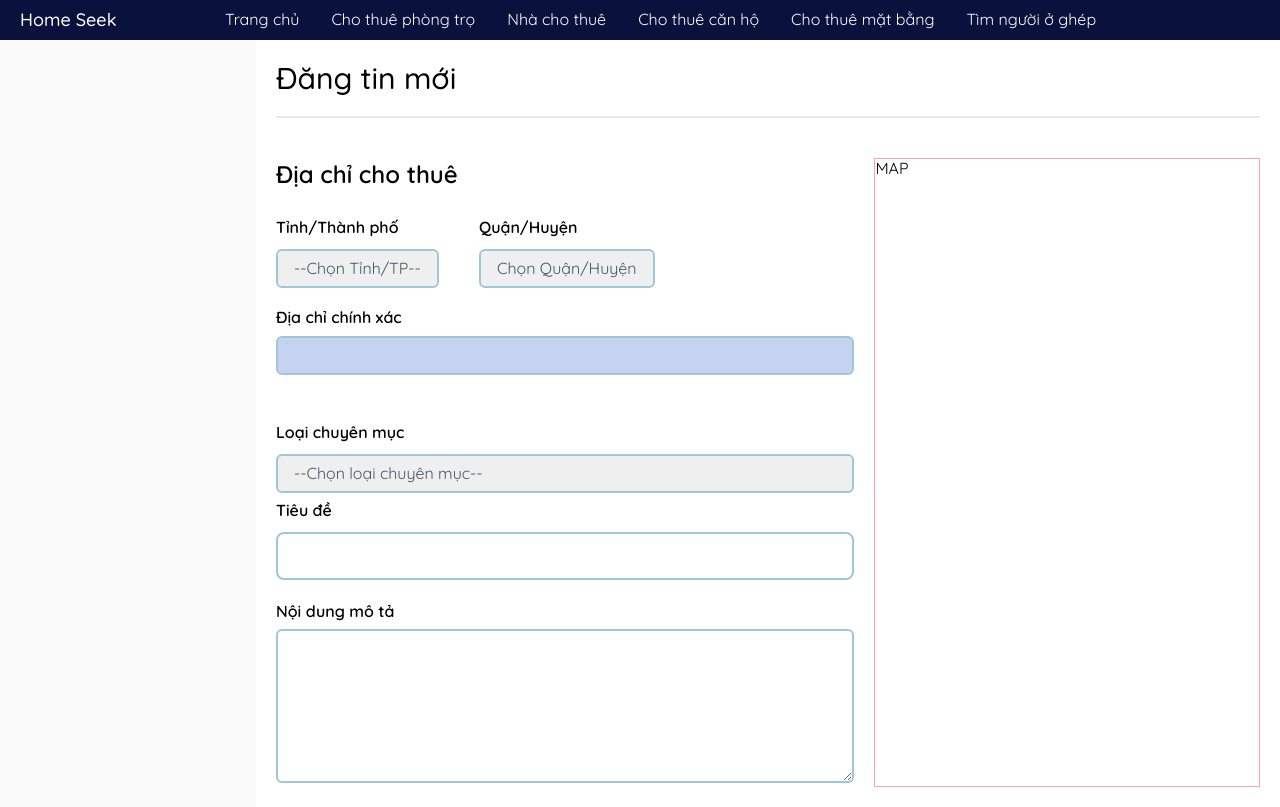
Repository: ajincome26/homeseek
Page: /create (app in client/)
These files come from the project's save history. The page is drawn as it stood at one moment and after the next save; the edit follows.
The browser window is 1280 px wide. The pictures show the whole page.
The page's requests for data from a server got no answer. The project was rebuilt for these pictures with package versions that can differ from the ones it lists, and the page was loaded fresh each time. Some packages were replaced by stand-ins written for this rebuild. No one was signed in, and anything a server would have sent is missing. Also part of the build but not shown: client/vite.config.ts, client/src/components/Footer/Footer.tsx, client/src/components/Button/Button.tsx, client/src/components/Button/index.ts, client/src/utils/utils.tsx, client/src/components/MainHeader/components/User.tsx, client/src/components/Popover/Popover.tsx, client/src/components/Popover/index.ts and 16 more.

Above is the page before, as saved 2024-01-10 05:10:00.

### client/index.html
<!doctype html>
<html lang="en">
  <head>
    <meta charset="UTF-8" />
    <link rel="icon" type="image/svg+xml" href="/vite.svg" />
    <meta name="viewport" content="width=device-width, initial-scale=1.0" />
    <title>Home Seek</title>
    <link rel="preconnect" href="https://fonts.googleapis.com" />
    <link rel="preconnect" href="https://fonts.gstatic.com" crossorigin />
    <link
      href="https://fonts.googleapis.com/css2?family=Quicksand:wght@300;400;500;600;700&display=swap"
      rel="stylesheet"
    />
  </head>
  <body>
    <div id="root"></div>
    <script type="module" src="/src/main.tsx"></script>
  </body>
</html>

### client/src/main.tsx
import ReactDOM from 'react-dom/client'
import App from './App'
import './styles/index.scss'
import { BrowserRouter } from 'react-router-dom'
import { QueryClient, QueryClientProvider } from '@tanstack/react-query'
import { ReactQueryDevtools } from '@tanstack/react-query-devtools'
import { AuthProvider } from './contexts/auth.context'
import { ErrorBoundary } from './components/ErrorBoundary'

// Create a client
const queryClient = new QueryClient({
  defaultOptions: {
    queries: {
      refetchOnWindowFocus: false // disable việc fetch lại api khi focus tab window
    }
  }
})

ReactDOM.createRoot(document.getElementById('root')!).render(
  <BrowserRouter>
    <QueryClientProvider client={queryClient}>
      <AuthProvider>
        <ErrorBoundary>
          <App />
        </ErrorBoundary>
      </AuthProvider>
      <ReactQueryDevtools initialIsOpen={false} />
    </QueryClientProvider>
  </BrowserRouter>
)

### client/src/App.tsx
import { useEffect } from 'react'
import { useAuth } from './contexts/auth.context'
import useRoute from './useRoute'
import { LocalStorageEventTarget } from './utils/auth'
import { ToastContainer } from 'react-toastify'
import 'react-toastify/dist/ReactToastify.css'

function App() {
  const routeElements = useRoute()
  const { resetAuth } = useAuth()
  useEffect(() => {
    LocalStorageEventTarget.addEventListener('clearLS', () => {
      resetAuth()
    })
    return () => {
      LocalStorageEventTarget.removeEventListener('clearLS', () => {
        resetAuth()
      })
    }
  }, [resetAuth])
  return (
    <div className='bg-third'>
      <ToastContainer />
      <div>{routeElements}</div>
    </div>
  )
}

export default App

### client/src/styles/index.scss
@tailwind base;
@tailwind components;
@tailwind utilities;

@import 'reset';

body {
  font-family: 'Quicksand', sans-serif;
  font-size: 16px;
  line-height: 1.2;
}

select {
  -webkit-appearance: none;
  -moz-appearance: none;
  appearance: none;
}

::-webkit-scrollbar {
  width: 10px;
}
::-webkit-scrollbar-track {
  background-color: #fafafa;
}
::-webkit-scrollbar-thumb {
  background-color: #ccd0d7;
  border-radius: 50px;
}

/* Chrome, Safari, Edge, Opera */
input::-webkit-outer-spin-button,
input::-webkit-inner-spin-button {
  -webkit-appearance: none;
  margin: 0;
}
/* Firefox */
input[type='number'] {
  appearance: textfield;
}

.cr-truncate-1 {
  overflow: hidden;
  display: -webkit-box;
  -webkit-box-orient: vertical;
  -webkit-line-clamp: 1;
  text-overflow: ellipsis;
  word-break: break-word;
}

// class tailwind-sort
.cr-transition {
  @apply transition-all ease-linear duration-200;
}
.cr-hover-text {
  @apply hover:text-[#977616] transition-colors ease-linear duration-200 cursor-pointer;
}
.cr-input-text {
  @apply px-3 py-2 border-[2px] border-[#a0c7d6] outline-none rounded-md focus:border-[#4b5fc2] cr-transition box-border w-full;
}

### client/src/contexts/auth.context.tsx
import React, { createContext, useContext, useState } from 'react'
import { User } from '~/types/user.type'
import { getAccessToken, getUserInfoFromStorage } from '~/utils/auth'

interface AuthProviderType {
  isLoggedIn: boolean
  setIsLoggedIn: React.Dispatch<React.SetStateAction<boolean>>
  userInfo: User | null
  setUserInfo: React.Dispatch<React.SetStateAction<User | null>>
  resetAuth: () => void
}
const initialContext: AuthProviderType = {
  isLoggedIn: Boolean(getAccessToken()),
  setIsLoggedIn: () => null,
  userInfo: getUserInfoFromStorage(),
  setUserInfo: () => null,
  resetAuth: () => null
}

const AuthContext = createContext<AuthProviderType>(initialContext)
const useAuth = () => {
  const context = useContext(AuthContext)
  if (typeof context === 'undefined') throw new Error('useAuth must be used within a AuthContext')
  return context
}
const AuthProvider = ({ children }: { children: React.ReactNode }) => {
  const [isLoggedIn, setIsLoggedIn] = useState(initialContext.isLoggedIn)
  const [userInfo, setUserInfo] = useState(initialContext.userInfo)
  const resetAuth = () => {
    setIsLoggedIn(false)
    setUserInfo(null)
  }
  return (
    <AuthContext.Provider value={{ isLoggedIn, setIsLoggedIn, userInfo, setUserInfo, resetAuth }}>
      {children}
    </AuthContext.Provider>
  )
}

// eslint-disable-next-line react-refresh/only-export-components
export { useAuth, AuthProvider }

### client/src/components/ErrorBoundary/index.ts
export { default as ErrorBoundary } from './ErrorBoundary'

### client/src/useRoute.tsx
import { useRoutes } from 'react-router-dom'
import { path } from './constants/path'
import { MainLayout } from './layouts/MainLayout'
import ManageLayout from './layouts/ManageLayout/ManageLayout'
import { CreatePost } from './pages/CreatePostPage'
import { HomePage } from './pages/HomePage'
import { LoginPage } from './pages/LoginPage'
import { RegisterPage } from './pages/RegisterPage'

const { HOME, LOGIN, REGISTER, OAUTH, CREATE } = path

const useRoute = () => {
  return useRoutes([
    {
      path: LOGIN,
      element: <LoginPage />
    },
    {
      path: REGISTER,
      element: <RegisterPage />
    },
    {
      path: OAUTH,
      element: <LoginPage />
    },
    {
      path: OAUTH,
      element: <RegisterPage />
    },
    // Authen không ảnh hưởng
    {
      element: <ManageLayout />,
      children: [
        {
          index: true,
          path: CREATE,
          element: <CreatePost />
        }
      ]
    },
    {
      element: <MainLayout />,
      children: [
        {
          index: true,
          path: HOME,
          element: <HomePage />
        }
      ]
    }
  ])
}

export default useRoute

### client/src/utils/auth.ts
import { User } from '~/types/user.type'

export const LocalStorageEventTarget = new EventTarget()

export const getAccessToken = () => localStorage.getItem('accessToken') || ''
export const getRefreshToken = () => localStorage.getItem('refreshToken') || ''
export const setAccessToken = (accessToken: string) => localStorage.setItem('accessToken', accessToken)
export const setRefreshToken = (refreshToken: string) => localStorage.setItem('refreshToken', refreshToken)
export const getUserInfoFromStorage = () => {
  const info = localStorage.getItem('userInfo')
  return info ? JSON.parse(info) : null
}
export const setUserInfoToStorage = (userInfo: User) => localStorage.setItem('userInfo', JSON.stringify(userInfo))

export const clearLocalStorage = () => {
  localStorage.removeItem('accessToken')
  localStorage.removeItem('refreshToken')
  localStorage.removeItem('userInfo')
  const clearLSEvent = new Event('clearLS')
  LocalStorageEventTarget.dispatchEvent(clearLSEvent)
}

### client/src/styles/_reset.scss
*,
*::before,
*::after {
  box-sizing: border-box;
}
* {
  margin: 0;
  padding: 0;
}

html,
body {
  height: 100%;
}
body {
  line-height: 1.5;
  -webkit-font-smoothing: antialiased;
  -webkit-tap-highlight-color: rgba(0, 0, 0, 0);
}
a {
  text-decoration: none;
  color: inherit;
}
img,
picture,
video,
canvas,
svg {
  display: block;
  // max-width: 100%;
}
input,
button,
textarea,
select {
  font: inherit;
  outline: none;
}
option:checked {
  background-color: #0891b2;
  color: white;
  font-style: italic;
}
p,
h1,
h2,
h3,
h4,
h5,
h6 {
  overflow-wrap: break-word;
}

### client/src/constants/path.ts
export const path = {
  HOME: '/',
  LOGIN: '/login',
  OAUTH: '/login/oauth',
  REGISTER: '/register',
  LOGOUT: '/logout',

  ROOM_FOR_RENT: '/room-for-rent',
  HOUSE_FOR_RENT: '/house-for-rent',
  APARTMENT_FOR_RENT: '/apartment-for-rent',
  GROUND_FOR_RENT: '/ground-for-rent',
  FIND_A_ROOMATE: '/find-a-roomate',

  CREATE: '/create',
  MANAGE: '/manage',
  PROFILE: '/user/profile',
  CHANGE_PASSWORD: '/user/change-password',

  CONTACT: '/contact',

  NOT_FOUND: '*'
}

### client/src/layouts/MainLayout/index.ts
export { default as MainLayout } from './MainLayout'

### client/src/layouts/ManageLayout/ManageLayout.tsx
import { Outlet } from 'react-router-dom'
import { Sidebar } from '~/components/Sidebar'
import { SubHeader } from '~/components/SubHeader'

const ManageLayout = () => {
  return (
    <>
      <SubHeader />
      <div className='pt-[40px] flex'>
        <div className='min-h-[calc(100vh-40px)] basis-1/5'>
          <Sidebar />
        </div>
        <div className='bg-white basis-4/5'>
          <Outlet />
        </div>
      </div>
    </>
  )
}

export default ManageLayout

### client/src/pages/CreatePostPage/index.ts
export { default as CreatePost } from './CreatePost'

### client/src/pages/HomePage/index.ts
export { default as HomePage } from './HomePage'

### client/src/pages/LoginPage/index.ts
export { default as LoginPage } from './LoginPage'

### client/src/pages/RegisterPage/index.ts
export { default as RegisterPage } from './RegisterPage'

### client/src/components/Sidebar/index.ts
export { default as Sidebar } from './Sidebar'

### client/src/components/SubHeader/index.ts
export { default as SubHeader } from './SubHeader'

### client/src/pages/CreatePostPage/CreatePost.tsx
import { yupResolver } from '@hookform/resolvers/yup'
import { useForm } from 'react-hook-form'
import { postSchema, PostSchema } from '~/utils/schema'
import Address from './components/Address'
import Overview from './components/Overview'

export type FormPost = PostSchema

const CreatePost = () => {
  const { handleSubmit } = useForm<FormPost>({
    resolver: yupResolver(postSchema)
  })
  const handleCreatePost = (data: FormPost) => {}
  return (
    <div className='p-5 text-black'>
      <h2 className='w-full pb-5 text-3xl font-medium border-b-2'>Đăng tin mới</h2>
      <div className='flex gap-5 mt-10'>
        <form onSubmit={handleSubmit(handleCreatePost)} className='flex flex-col gap-10 basis-[60%]'>
          <Address />
          <Overview />
        </form>
        <div className='border border-red-300 map basis-[40%]'>MAP</div>
      </div>
    </div>
  )
}

export default CreatePost

### client/src/components/SubHeader/SubHeader.tsx
import { Link } from 'react-router-dom'
import { SubNavigation } from '../SubNavigation'

const SubHeader = () => {
  return (
    <div className='fixed w-full h-[40px] bg-primary text-white flex items-center gap-12 px-5'>
      <Link to={'/'} className='text-lg font-medium cursor-pointer hover:text-sixth cr-transition'>
        Home Seek
      </Link>
      <div className='w-[80%]'>
        <SubNavigation />
      </div>
    </div>
  )
}

export default SubHeader

### client/src/pages/CreatePostPage/components/Overview.tsx
import { yupResolver } from '@hookform/resolvers/yup'
import { useState } from 'react'
import { Field } from '~/components/Field'
import { Input } from '~/components/Input'
import { Select } from '~/components/Select'
import { categories } from '~/constants/data'
import { useForm } from 'react-hook-form'
import { postSchema, PostSchema } from '~/utils/schema'
import { Label } from '~/components/Label'

export type FormCreatePost = PostSchema

const Overview = () => {
  const [category, setCategory] = useState('')
  const {
    register,
    handleSubmit,
    setError,
    formState: { errors }
  } = useForm<FormCreatePost>({
    resolver: yupResolver(postSchema)
  })
  return (
    <div>
      <Field>
        <Label textColor='text-black' htmlFor='title'>
          Loại chuyên mục
        </Label>
        <Select
          type='category'
          optionTitle='--Chọn loại chuyên mục--'
          categories={categories as []}
          value={category}
          setValue={setCategory}
        />
      </Field>
      <Field>
        <Label textColor='text-black' htmlFor='title'>
          Tiêu đề
        </Label>
        <Input
          className='px-3 py-2 border-[2px] border-[#a0c7d6] outline-none focus:border-[#4b5fc2] cr-transition flex-1 hover:border-[#a0c7d6]'
          register={register}
          name='title'
          errorMessage={errors.title?.message}
        />
      </Field>
      <div>
        <label htmlFor='desc' className='font-semibold'>
          Nội dung mô tả
        </label>
        <textarea
          id='desc'
          className='mt-2 cr-input-text'
          rows={7}
          // value={payload.description}
          // onChange={(e) => setPayload((prev) => ({ ...prev, description: e.target.value }))}
          // onFocus={() => setInvalidFields([])}
        />
      </div>
    </div>
  )
}

export default Overview

### client/src/components/Field/index.ts
export { default as Field } from './Field'

### client/src/components/Input/index.ts
export { default as Input } from './Input'
export { default as InputPassword } from './InputPassword'
export { default as InputSearch } from './InputSearch'
export { default as InputNumber } from './InputNumber'
export { default as InputFile } from './InputFile'
export { default as InputReadOnly } from './InputReadOnly'

### client/src/components/Label/index.ts
export { default as Label } from './Label'

### client/src/utils/icons.ts
import { BiSolidShoppingBags, BiLogoFacebookCircle, BiPlus } from 'react-icons/bi'
import {
  AiFillInstagram,
  AiFillTwitterCircle,
  AiOutlineEye,
  AiOutlineEyeInvisible,
  AiOutlineShoppingCart,
  AiFillStar,
  AiOutlineStar,
  AiFillCaretRight,
  AiOutlineQuestionCircle,
  AiFillHeart,
  AiOutlineHeart,
  AiOutlinePlusCircle
} from 'react-icons/ai'
import { TbWorld, TbUserCircle, TbBrandMessenger } from 'react-icons/tb'
import { PiCaretDownBold, PiCaretUpBold, PiCaretLeftBold, PiCaretRightBold } from 'react-icons/pi'
import { HiOutlineSearch, HiOutlineLogout } from 'react-icons/hi'
import { BsListUl, BsThreeDots, BsShieldLock, BsPencilSquare } from 'react-icons/bs'
import { LiaFilterSolid } from 'react-icons/lia'
import { RiSubtractLine, RiTodoLine } from 'react-icons/ri'
import { FaCartPlus } from 'react-icons/fa'
import { CiEdit } from 'react-icons/ci'
import { FaRegUser, FaUserEdit } from 'react-icons/fa'
import { SiSensu } from 'react-icons/si'
import { FcGoogle } from 'react-icons/fc'
import { MdOutlineDashboard, MdOutlineLibraryBooks } from 'react-icons/md'

export default {
  AiFillInstagram,
  AiFillTwitterCircle,
  AiOutlineEye,
  AiOutlineEyeInvisible,
  AiOutlineShoppingCart,
  AiFillStar,
  AiOutlineStar,
  AiFillCaretRight,
  AiOutlineQuestionCircle,
  AiFillHeart,
  AiOutlineHeart,
  AiOutlinePlusCircle,
  BiSolidShoppingBags,
  BiLogoFacebookCircle,
  PiCaretDownBold,
  PiCaretUpBold,
  PiCaretLeftBold,
  PiCaretRightBold,
  TbWorld,
  TbUserCircle,
  TbBrandMessenger,
  HiOutlineSearch,
  HiOutlineLogout,
  BsListUl,
  BsThreeDots,
  BsShieldLock,
  BsPencilSquare,
  LiaFilterSolid,
  BiPlus,
  RiSubtractLine,
  RiTodoLine,
  FaCartPlus,
  FaUserEdit,
  CiEdit,
  FaRegUser,
  SiSensu,
  FcGoogle,
  MdOutlineDashboard,
  MdOutlineLibraryBooks
}

### client/src/constants/data.tsx
import { path } from './path'
import icons from '~/utils/icons'
import { CategoryType } from '~/types/category.type'

const { BsPencilSquare, MdOutlineLibraryBooks, TbUserCircle, FaUserEdit, TbBrandMessenger } = icons

const {
  ROOM_FOR_RENT,
  HOUSE_FOR_RENT,
  APARTMENT_FOR_RENT,
  GROUND_FOR_RENT,
  FIND_A_ROOMATE,
  CREATE,
  MANAGE,
  PROFILE,
  CONTACT
} = path

export const categories = [
  { id: 1, name: 'Cho thuê phòng trọ', path: ROOM_FOR_RENT },
  { id: 2, name: 'Nhà cho thuê', path: HOUSE_FOR_RENT },
  { id: 3, name: 'Cho thuê căn hộ', path: APARTMENT_FOR_RENT },
  { id: 4, name: 'Cho thuê mặt bằng', path: GROUND_FOR_RENT },
  { id: 5, name: 'Tìm người ở ghép', path: FIND_A_ROOMATE }
] as CategoryType[]

export const dataManage = [
  {
    id: 1,
    text: 'Đăng tin cho thuê',
    path: CREATE,
    icon: <BsPencilSquare />
  },
  {
    id: 2,
    text: 'Quản lý tin đăng',
    path: MANAGE,
    icon: <MdOutlineLibraryBooks />
  },
  {
    id: 3,
    text: 'Thông tin tài khoản',
    path: PROFILE,
    icon: <TbUserCircle />
  }
]

export const dataSidebar = [
  {
    id: 1,
    text: 'Đăng tin cho thuê',
    path: CREATE,
    icon: <BsPencilSquare />
  },
  {
    id: 2,
    text: 'Quản lý tin đăng',
    path: MANAGE,
    icon: <MdOutlineLibraryBooks />
  },
  {
    id: 3,
    text: 'Sửa thông tin cá nhân',
    path: PROFILE,
    icon: <FaUserEdit />
  },
  {
    id: 4,
    text: 'Liên hệ',
    path: CONTACT,
    icon: <TbBrandMessenger />
  }
]

### client/src/components/SubNavigation/index.ts
export { default as SubNavigation } from './SubNavigation'

### client/src/apis/province.api.ts
import { Province } from '~/types/province.type'
import { apiGetPublicProvinces } from '~/utils/utils'

const provinceApi = {
  getProvinces: () => apiGetPublicProvinces.get<Province[]>('/')
}

export default provinceApi

### client/src/components/Select/index.ts
export { default as Select } from './Select'

### client/src/components/Field/Field.tsx
interface Props {
  children: JSX.Element | JSX.Element[]
}

const Field = ({ children }: Props) => {
  return <div className='flex flex-col items-start'>{children}</div>
}

export default Field

### client/src/components/Input/Input.tsx
import { InputHTMLAttributes } from 'react'
import type { FieldValues, FieldPath, UseFormRegister } from 'react-hook-form'

export interface InputProps<TFieldValues extends FieldValues> extends InputHTMLAttributes<HTMLInputElement> {
  name: FieldPath<TFieldValues>
  errorMessage?: string
  register: UseFormRegister<TFieldValues>
}

const Input = <TFieldValues extends FieldValues = FieldValues>({
  className,
  type,
  name,
  children,
  errorMessage,
  register,
  ...props
}: InputProps<TFieldValues>) => {
  return (
    <div className='relative w-full'>
      <input
        id={name}
        type={type || 'text'}
        {...register(name)}
        {...props}
        className={`mb-[6px] border rounded-lg py-3 bg-grayField hover:border-primary focus:border-primary transition w-full focus:bg-white ${
          children ? 'pl-4 pr-10' : 'px-4'
        } ${className}`}
        autoComplete='on'
      />
      <span className='absolute top-1/2 right-3 translate-y-[-110%] cursor-pointer text-grayDark'>{children}</span>
      <div className='text-sm text-red-500 min-h-[1rem] leading-4'>{errorMessage}</div>
    </div>
  )
}

export default Input

### client/src/components/Input/InputReadOnly.tsx
import { InputHTMLAttributes } from 'react'

export interface InputProps extends InputHTMLAttributes<HTMLInputElement> {
  title: string
  data: string
}

const InputReadOnly = ({ title, data }: InputProps) => {
  return (
    <div className='w-full'>
      <label className='font-semibold' htmlFor={title}>
        {title}
      </label>
      <input type='text' id={title} value={data || ''} className='mt-2 cr-input-text bg-[#c5d3f1]' readOnly />
    </div>
  )
}

export default InputReadOnly

### client/src/components/Label/Label.tsx
interface Props {
  htmlFor: string
  children: string
  textColor?: string
}

const Label = ({ htmlFor, children, textColor }: Props) => {
  return (
    <label className={`${textColor || 'text-white'} mt-2 mb-3 font-semibold cursor-pointer`} htmlFor={htmlFor}>
      {children}
    </label>
  )
}

export default Label

### client/src/components/SubNavigation/SubNavigation.tsx
import { NavLink } from 'react-router-dom'
import { categories } from '~/constants/data'

const notActive = 'hover:bg-secondary px-4 h-full flex items-center bg-primary transition-all ease-linear duration-300'
const active = 'hover:bg-secondary px-4 h-full flex items-center bg-secondary'
const SubNavigation = () => {
  return (
    <div className='w-full h-[40px] flex justify-center items-center'>
      <div className='flex items-center h-full'>
        <NavLink to={'/'} className={({ isActive }) => (isActive ? active : notActive)}>
          Trang chủ
        </NavLink>
        {categories?.length > 0 &&
          categories.map((item, index) => {
            return (
              <div key={index} className='h-full'>
                <NavLink to={item.path} className={({ isActive }) => (isActive ? active : notActive)}>
                  {item.name}
                </NavLink>
              </div>
            )
          })}
      </div>
    </div>
  )
}

export default SubNavigation

### client/src/components/Select/Select.tsx
import classNames from 'classnames'
import { InputHTMLAttributes } from 'react'
import { CategoryType } from '~/types/category.type'
import { District, Province } from '~/types/province.type'

export interface SelectProps extends InputHTMLAttributes<HTMLInputElement> {
  type: string
  provinces?: Province[]
  districts?: District[]
  categories?: []
  value: string
  setValue: React.Dispatch<React.SetStateAction<string>>
  optionTitle: string
}

const Select = ({ type, provinces, districts, categories, value, setValue, optionTitle }: SelectProps) => {
  return (
    <div className={`flex flex-col gap-2 ${type === 'category' ? 'w-full' : 'basis-[30%]'}`}>
      <select
        className={classNames(
          'px-4 py-2 text-gray-600 border-[2px] border-[#a0c7d6] rounded-md outline-none cursor-pointer hover:border-[#4b5fc2] cr-transition'
        )}
        value={value}
        onChange={(e) => setValue(e.target.value)} // value của select là value của option (ở đây là province_id)
      >
        <option value=''>{optionTitle}</option>
        {type === 'province'
          ? provinces?.map((item) => (
              <option key={item.province_id} value={item.province_id} className='bg-white text-primary'>
                {item.province_name}
              </option>
            ))
          : type === 'district'
            ? districts?.map((item) => (
                <option key={item.district_id} value={item.district_id} className='bg-white text-primary'>
                  {item.district_name}
                </option>
              ))
            : categories?.map((item: CategoryType) => (
                <option key={item.id} value={item.name} className='bg-white text-primary'>
                  {item.name}
                </option>
              ))}
      </select>
    </div>
  )
}

export default Select

Loaded but not shown: client/tailwind.config.js (37 lines, source omitted); client/src/utils/schema.ts (64 lines, source omitted); client/src/pages/CreatePostPage/components/Address.tsx (77 lines, source omitted)

After the next save:
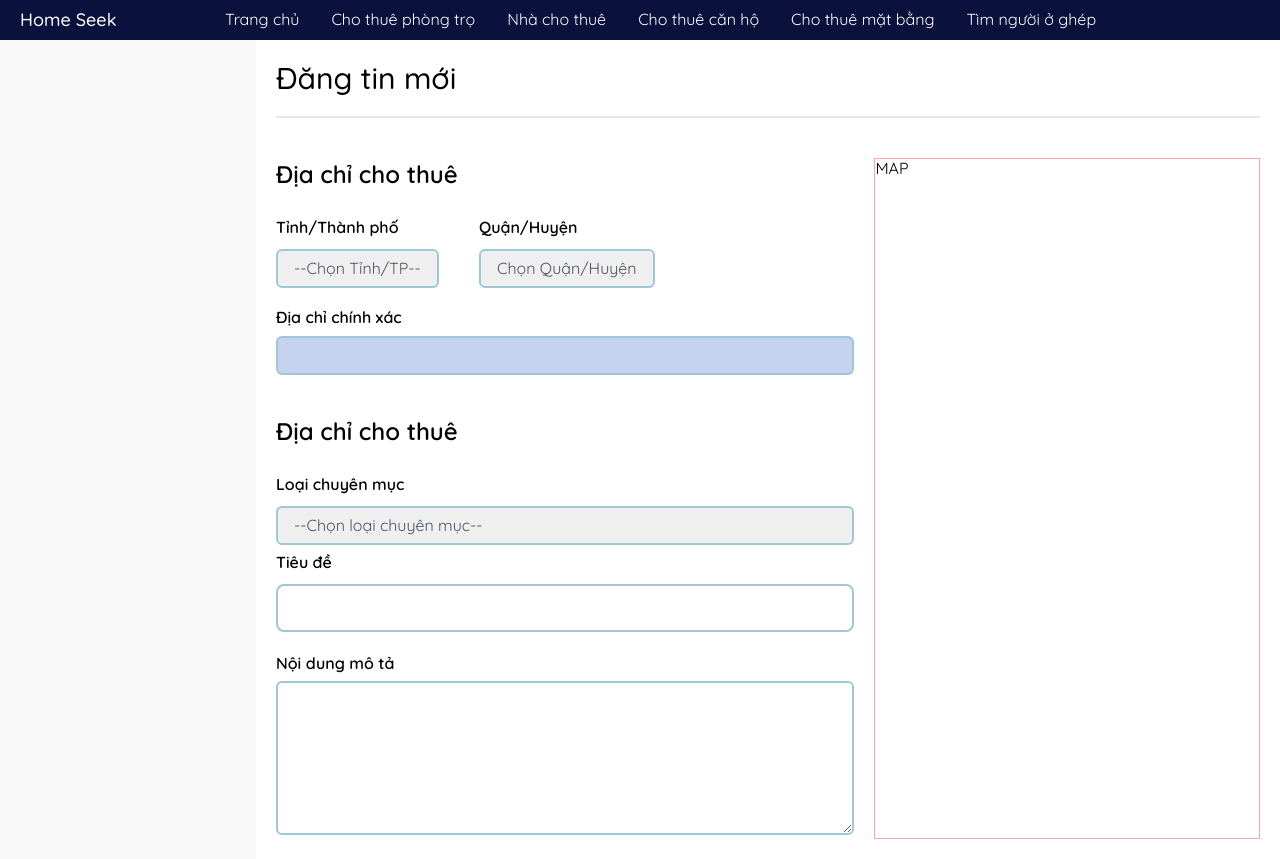
Saved 34 s later.
--- a/client/src/pages/CreatePostPage/components/Overview.tsx
+++ b/client/src/pages/CreatePostPage/components/Overview.tsx
@@ -22,6 +22,7 @@ const Overview = () => {
   })
   return (
     <div>
+      <h1 className='mb-5 text-2xl font-semibold'>Địa chỉ cho thuê</h1>
       <Field>
         <Label textColor='text-black' htmlFor='title'>
           Loại chuyên mục
